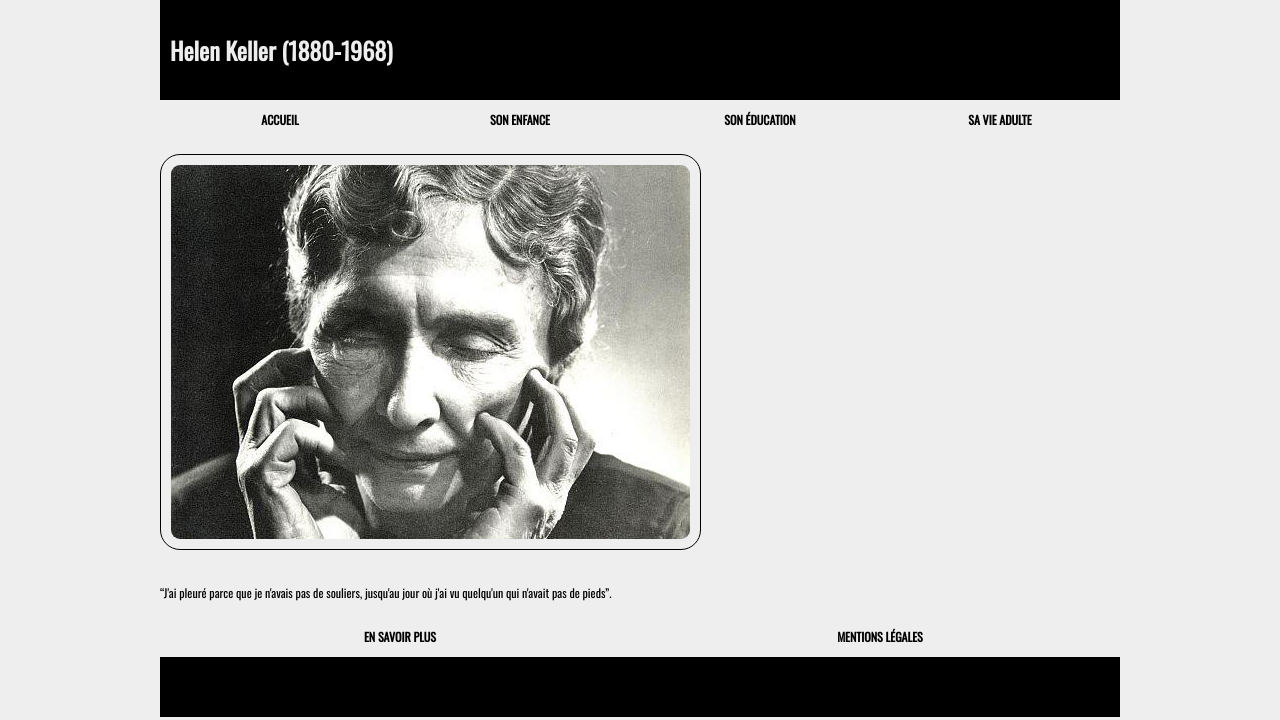
Repository: Luc010/Exercices
Page: HTML CSS/biographie_helen_keller/index.html
These files come from the project's save history. The page is drawn as it stood at one moment and after the next save; the edit follows.
The browser window is 1280 px wide. The pictures show the whole page.

Above is the page before, as saved 2019-09-04 16:12:07.

After the next save:
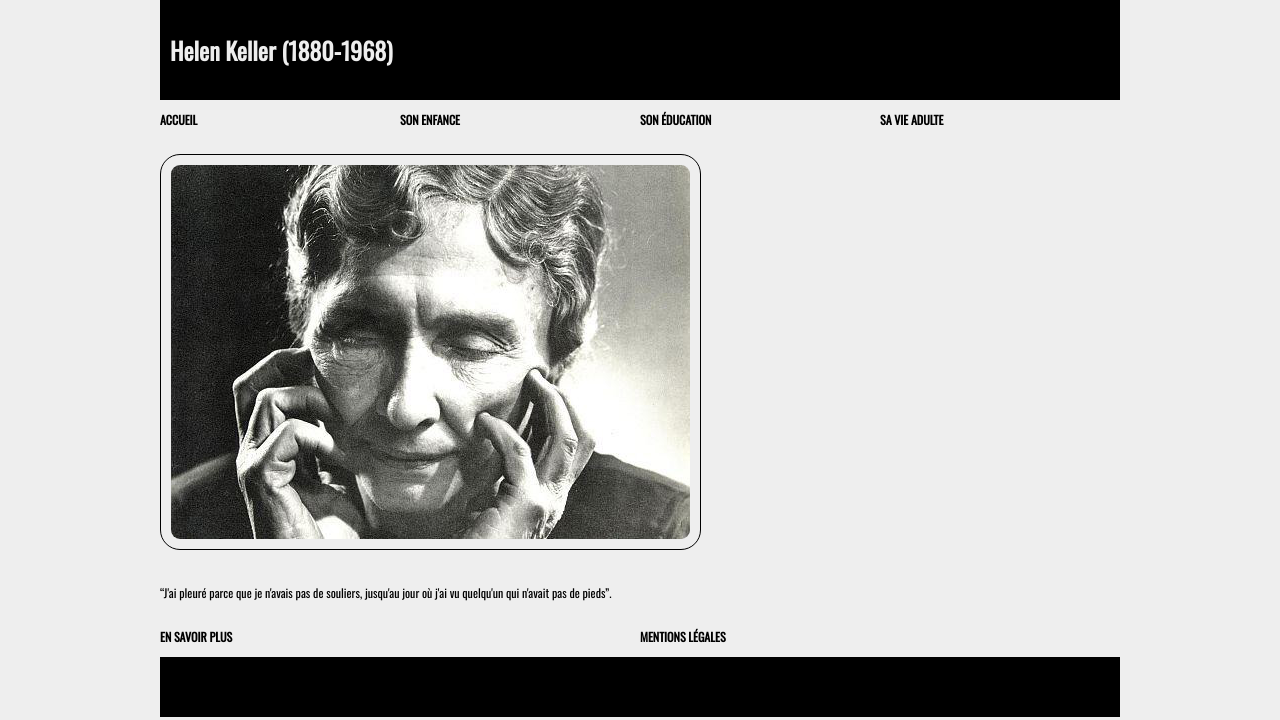
Saved 2 min 11 s later.
--- a/HTML CSS/biographie_helen_keller/style.css
+++ b/HTML CSS/biographie_helen_keller/style.css
@@ -65,7 +65,7 @@
 a {
     color: black;
     text-decoration: none;
-    display: block;
+    display: flex;
     height: 40px;
     line-height: 40px;
     text-align: center;

After the save that followed:
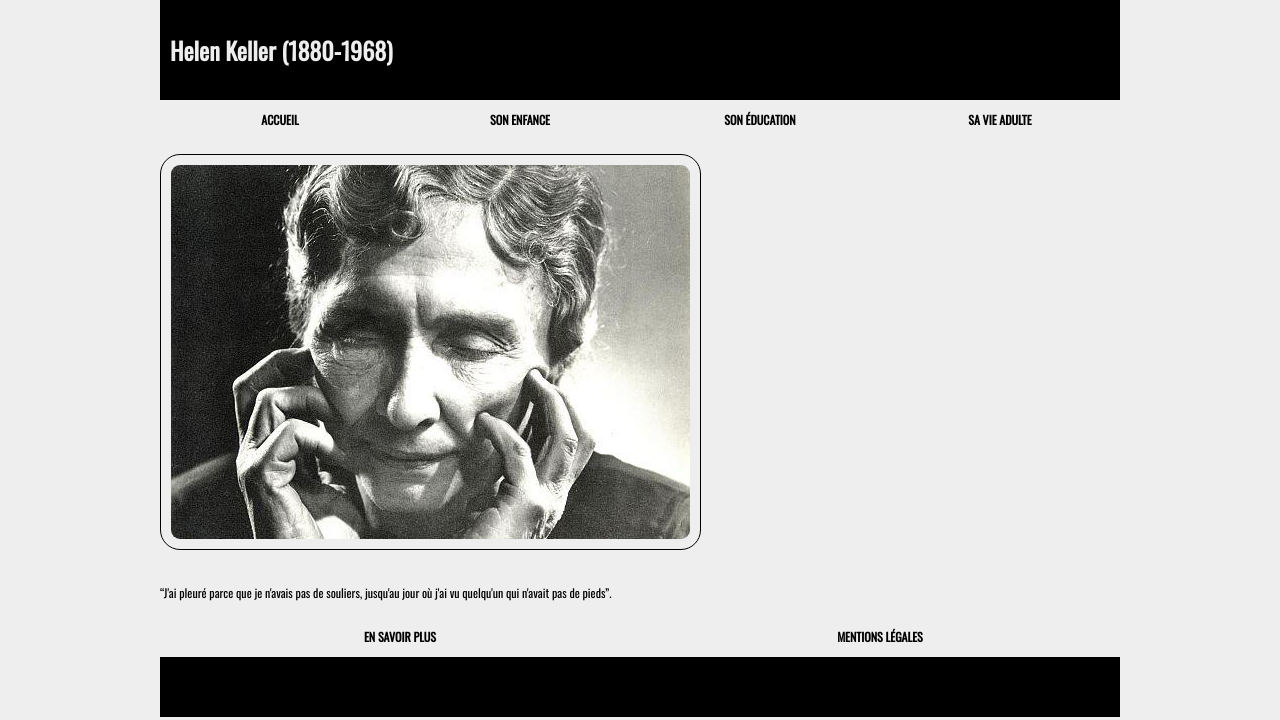
Saved 15 s later.
--- a/HTML CSS/biographie_helen_keller/style.css
+++ b/HTML CSS/biographie_helen_keller/style.css
@@ -65,7 +65,7 @@
 a {
     color: black;
     text-decoration: none;
-    display: flex;
+    display: block;
     height: 40px;
     line-height: 40px;
     text-align: center;
